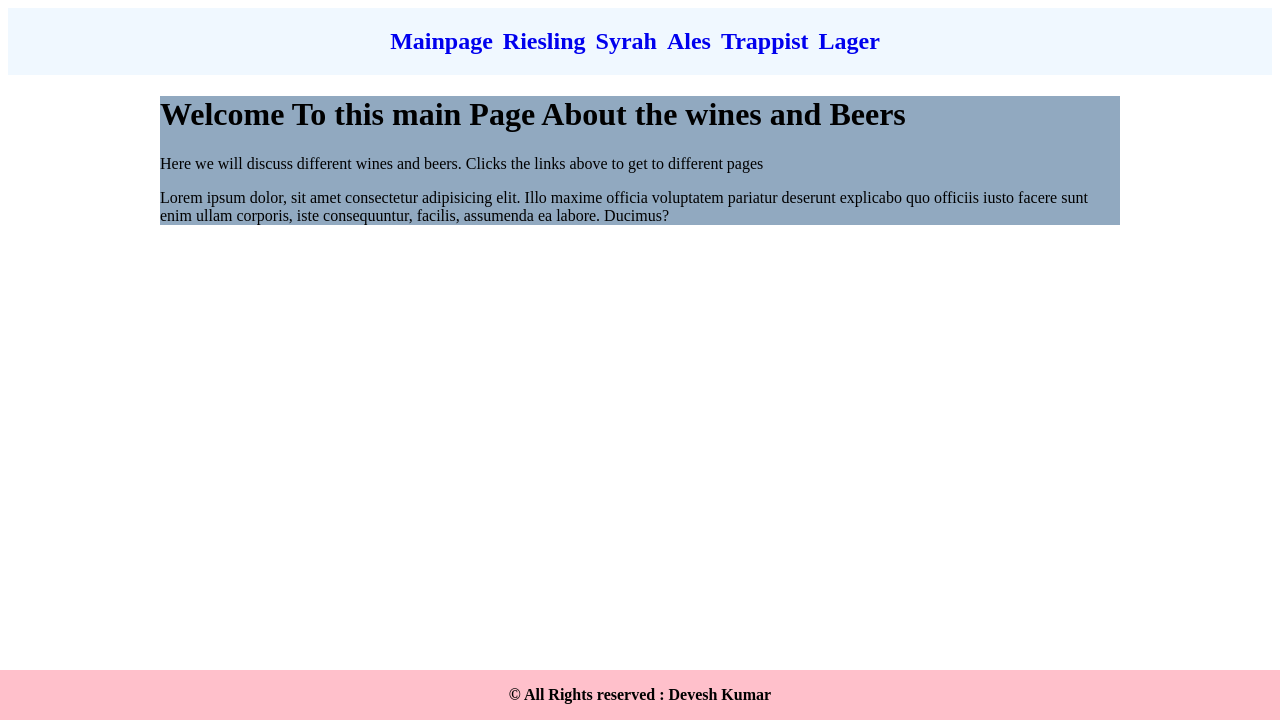
Repository: portretrieve/react-practice
Page: /
An editor plug-in stored every save of this project. The page is shown before and after the next save, followed by the edit.
The browser window is 1280 px wide. The pictures show the whole page.
The project was rebuilt for these pictures with package versions that can differ from the ones it lists, and the page was loaded fresh each time. Also part of the build but not shown: src/wines/Riesling.js, src/wines/Syrah.js, src/beers/Ale.js, src/beers/Lager.js, src/beers/Trappist.js.

Above is the page before, as saved 2021-08-26 19:51:58.

### src/index.css
html {
    box-sizing: border-box;
    margin: 0;
    padding: 0;
}

### src/App.js
import { BrowserRouter, Route, Redirect, Switch } from "react-router-dom";

import Riesling from "./wines/Riesling";
import Syrah from "./wines/Syrah";
import Ale from "./beers/Ale";
import Lager from "./beers/Lager";
import Trappist from "./beers/Trappist";

import Header from "./navigation/Header";
import Footer from "./navigation/Footer";
import MainPage from "./MainPage";
import CenterContent from "./Util/CenterContent";

function App() {
  return (
    <BrowserRouter>
      <Header />
      <Switch>
        <Route path="/" exact>
          <CenterContent>
            <MainPage />
          </CenterContent>
        </Route>
        <Route path="/wines" exact>
          <Riesling />
        </Route>
        <Route path="/wines/syrah" exact>
          <Syrah />
        </Route>
        <Route path="/beers/ale" exact>
          <Ale />
        </Route>
        <Route path="/beers/trappist" exact>
          <Trappist />
        </Route>
        <Route path="/beers/lager" exact>
          <Lager />
        </Route>
        <Redirect to="/" />
      </Switch>
      <Footer />
    </BrowserRouter>
  );
}

export default App;

### src/navigation/Header.js
import React from "react";
import classes from "./header.module.css";
import { Link } from "react-router-dom";

function Header() {
  return (
    <header className={classes.header}>
      <nav>
        <h2>
          <a href="/">Mainpage</a>
        </h2>
        <h2>
          <a href="/wines">Riesling</a>
        </h2>
        <h2>
          <a href="/wines/syrah">Syrah</a>
        </h2>
        <h2>
          <a href="/beers/ale">Ales</a>
        </h2>
        <h2>
          <a href="/beers/trappist">Trappist</a>
        </h2>
        <h2>
          <a href="/beers/lager">Lager</a>
        </h2>
      </nav>
    </header>
  );
}

export default Header;

### src/navigation/Footer.js
import React from "react";
import classes from "./footer.module.css";

function Footer() {
  return (
    <footer className={classes.center}>
      <p>&copy; All Rights reserved : Devesh Kumar</p>
    </footer>
  );
}

export default Footer;

### src/MainPage.js
import React from "react";

function MainPage() {
  return (
    <div>
      <h1>Welcome To this main Page About the wines and Beers</h1>
      <p>
        Here we will discuss different wines and beers. Clicks the links above
        to get to different pages
      </p>
      <p>
        Lorem ipsum dolor, sit amet consectetur adipisicing elit. Illo maxime
        officia voluptatem pariatur deserunt explicabo quo officiis iusto facere
        sunt enim ullam corporis, iste consequuntur, facilis, assumenda ea
        labore. Ducimus?
      </p>
    </div>
  );
}

export default MainPage;

### src/Util/CenterContent.js
import React from "react";
import classes from "./centerContent.module.css";

function CenterContent(props) {
  return <div className={classes.container}>{props.children}</div>;
}

export default CenterContent;

### src/navigation/header.module.css
.header {
    margin: 0 auto;
    text-align: center;
    background-color: aliceblue;
}

h2 {
    display: inline-block;
    margin-right: 10px;
}

a {
    text-decoration: none;
}

### src/navigation/footer.module.css
.center {
    text-align: center;
    background-color: pink;
    font-weight: 700;
    position: fixed;
    bottom: 0;
    left: 0;
    right: 0;
    margin: 0;
    padding: 0;
}

### src/Util/centerContent.module.css
.container {
    max-width: 960px;
    width: 80%;
    margin: 0 auto;
    background-color: rgb(145, 169, 192);
}

Loaded but not shown: public/index.html (common file); src/index.js (common file)

After the next save:
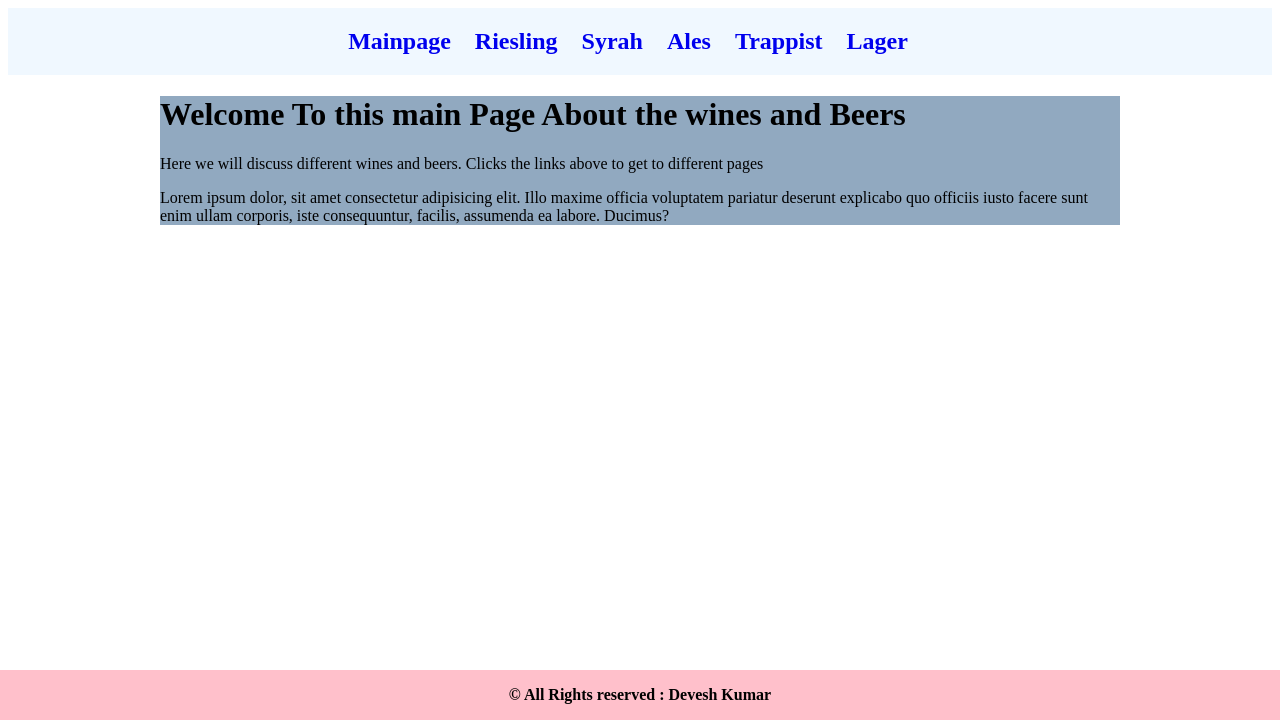
Saved 7 s later.
--- a/src/navigation/header.module.css
+++ b/src/navigation/header.module.css
@@ -6,7 +6,7 @@
 
 h2 {
     display: inline-block;
-    margin-right: 10px;
+    margin-right: 1em;
 }
 
 a {
